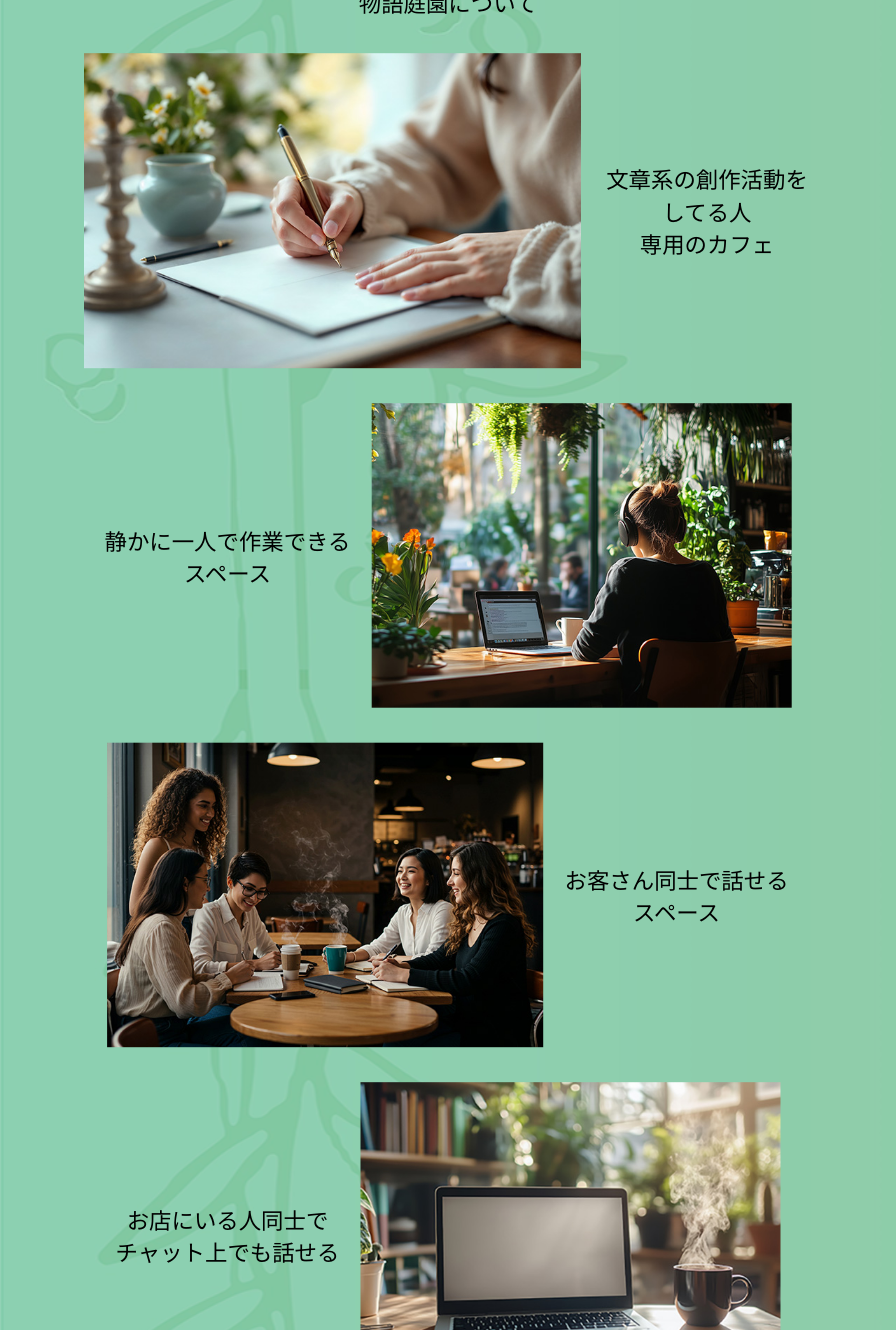
Repository: saka-kou/GardenStory
Page: index.html
The author's editor kept a copy of each file at every save. The page is drawn from the files as they stood at one save, then again after the next save.
The browser window is 1280 px wide. The pictures show the part of the page from y = 1020 to 2920 px (the page is 4833 px tall before and 4822 px after), at 70% of full size.
A picture or video elsewhere on the page could not be fetched, so the positions and the page height are approximate. Some web fonts or font styles are not loaded; a fallback is used.

Above is the page before, as saved 2025-07-24 15:45:23.

After the next save:
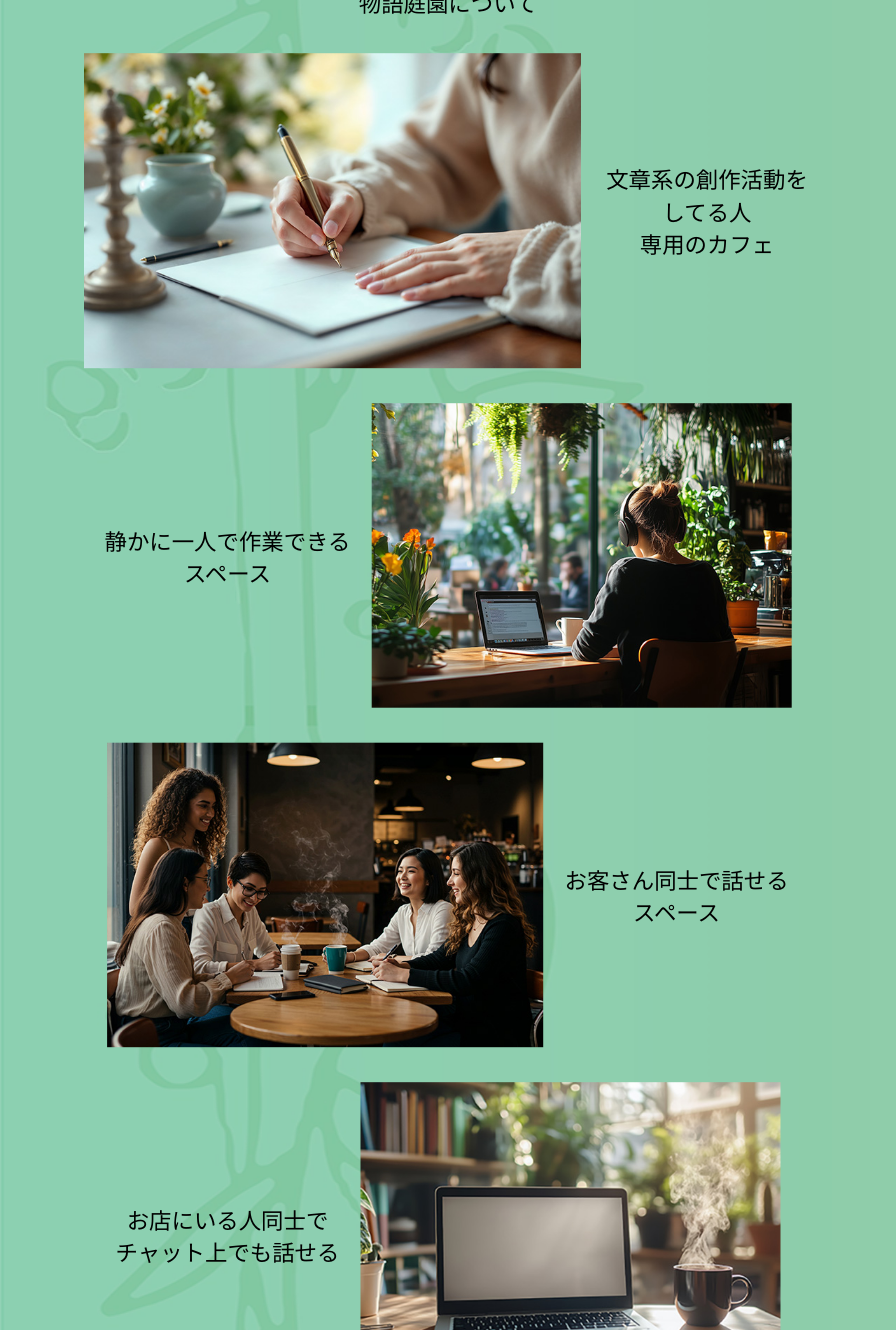
Saved 3 min 3 s later.
--- a/css/index.css
+++ b/css/index.css
@@ -102,18 +102,18 @@ main{
 .topWapper{
     display: flex;
 }
-.topitem{
+.topcontents{
     display: flex;
 }
 .middleWapper{
     display: flex;
 }
-.middleitem{
+.middlecontents{
     display: flex;
 }
 .bottomWapper{
     display: flex;
 }
-.bottomitem{
+.bottomcontents{
     display: flex;
 }

After the save that followed:
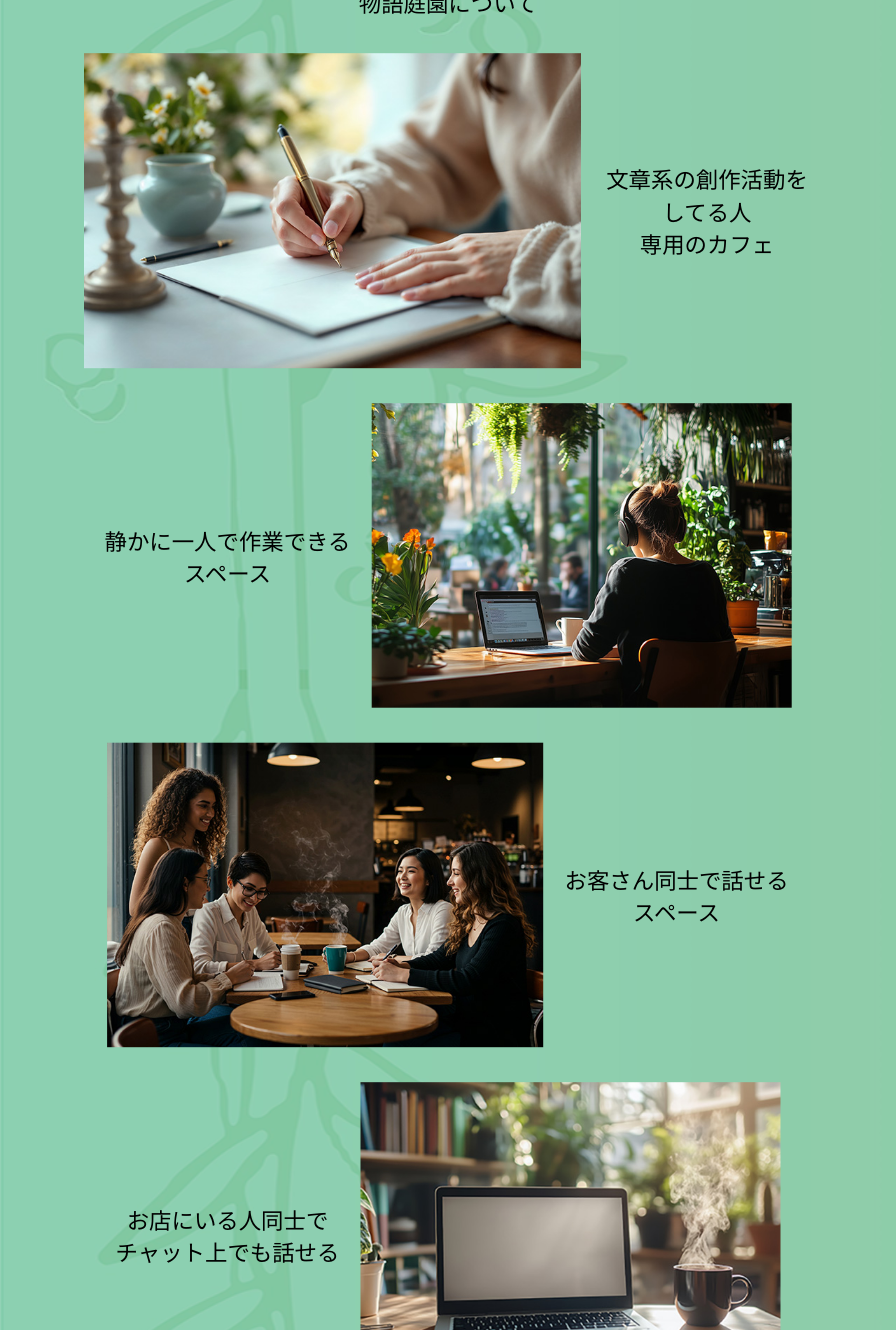
Saved 11 s later.
--- a/index.html
+++ b/index.html
@@ -62,7 +62,7 @@
             <h2>メニュー</h2>
             <div itemWrap>
                 <div class="topWapper">
-                    <div class="topitem">
+                    <div class="topcontents">
                         <div class="menuname">
                             <img src="images/bluemountain.png" alt="ブルーマウンテン">
                             <p class="price">ブルーマウンテン</p>
@@ -71,7 +71,7 @@
                             <p class="price">950円(税込)</p>
                         </div>
                     </div>
-                    <div class="topitem">
+                    <div class="topcontents">
                         <img src="images/herbtea.png" alt="ハーブティー">
                         <div class="menuname">
                             <p class="price">ハーブティー</p>
@@ -82,7 +82,7 @@
                     </div>
                 </div>
                 <div class="middleWapper">
-                    <div class="middleitem">
+                    <div class="middlecontents">
                         <div class="menuname">
                             <img src="images/manderin.png" alt="マンデリンコーヒー">
                             <p class="price">マンデリンコーヒー</p>
@@ -91,7 +91,7 @@
                             <p class="price">650円(税込)</p>
                         </div>
                     </div>
-                        <div class="middleitem">
+                        <div class="middlecontents">
                             <img src="images/orangejuice.png" alt="オレンジジュース">
                             <div class="menuname">
                                 <p class="price">オレンジジュース</p>
@@ -102,7 +102,7 @@
                         </div>
                 </div>
                 <div class="middleWapper">
-                    <div class="bottomitem">
+                    <div class="bottomcontents">
                         <img src="images/sandwhich.png" alt="サンドウィッチ">
                         <div class="menuname">
                             <p class="price">サンドウィッチ</p>
@@ -111,7 +111,7 @@
                                 <p class="price">750円(税込)</p>
                         </div>
                     </div>
-                        <div class="bottomitem">
+                        <div class="bottomcontents">
                             <img src="images/suko-nn.png" alt="スコーン">
                             <div class="menuname">
                                 <p class="price">スコーン</p>
